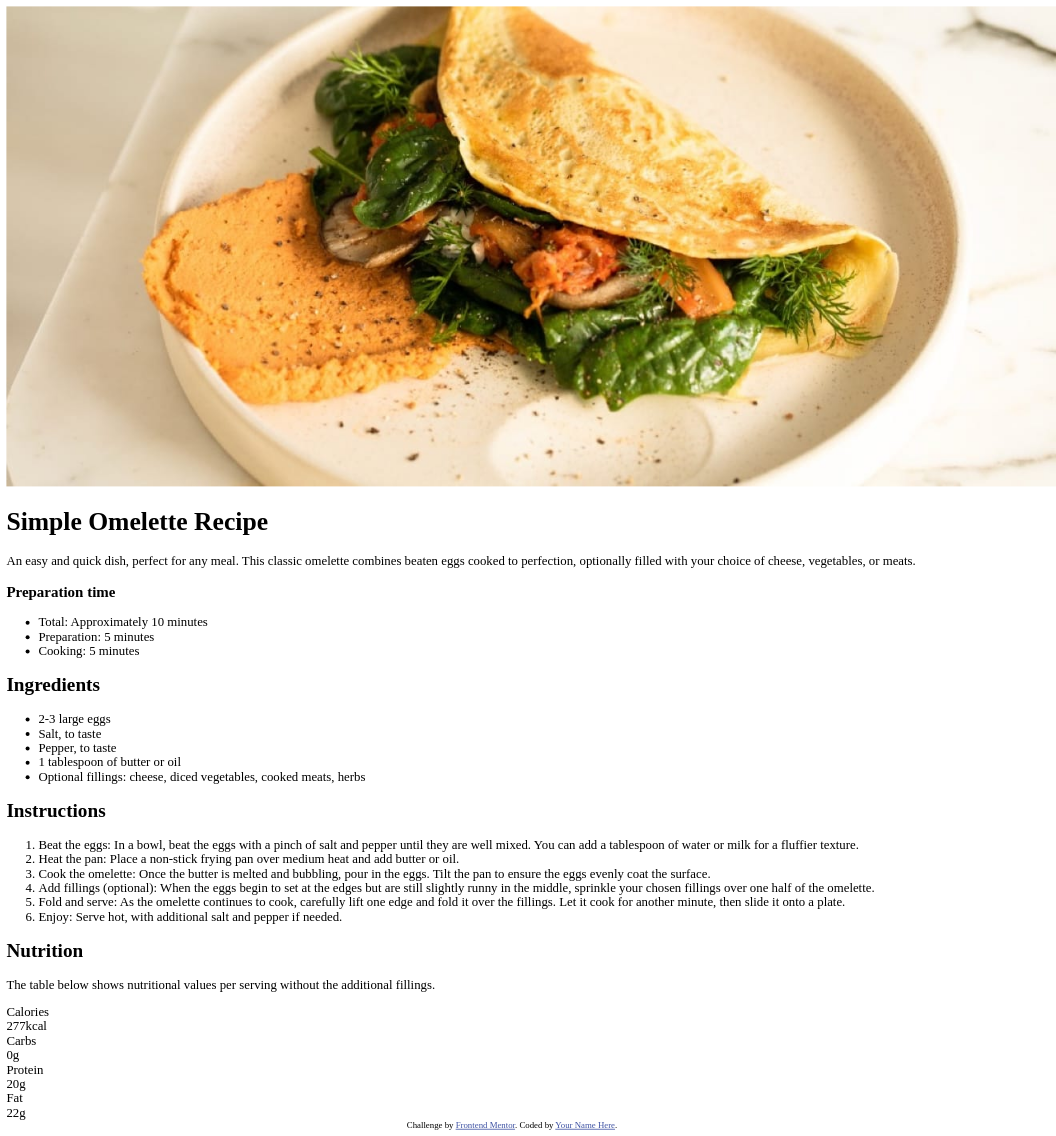
Repository: reemoon-ctrl/mine-recipe-page-main
Page: index.html
The author's editor kept a copy of each file at every save. The page is drawn from the files as they stood at one save, then again after the next save.
The browser window is 1280 px wide. The page is 1320 px wide, then 1280 px, then 1320 px, so the pictures cover 1320 px, including what lies to the right of the window. The pictures show the whole page, at 80% of full size.

Above is the page before, as saved 2024-08-11 12:15:01.

After the next save:
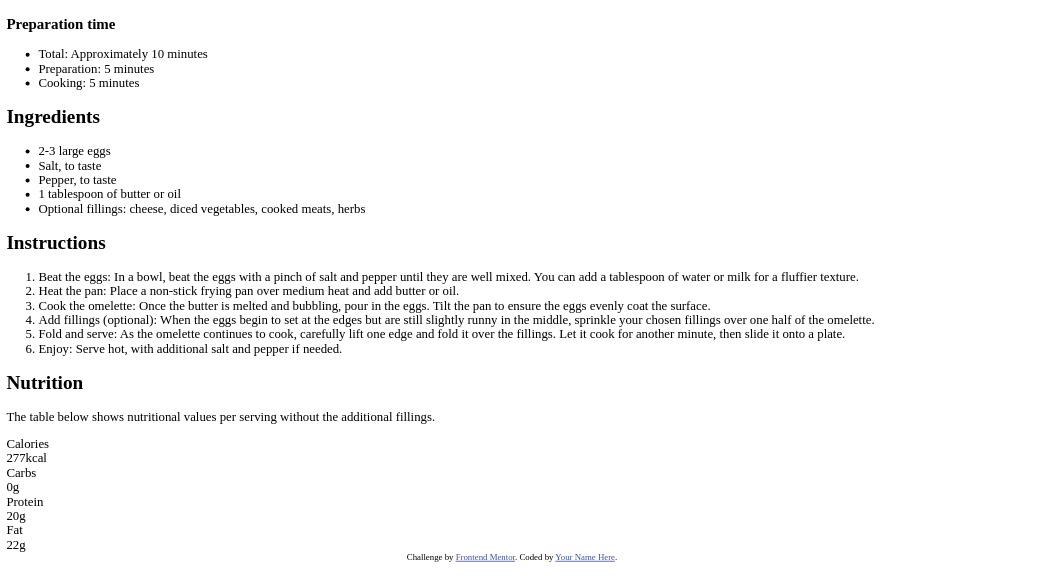
Saved 11 s later.
--- a/index.html
+++ b/index.html
@@ -19,11 +19,7 @@
     <header>
 
     </header>
-    <img src="/image-omelette.jpeg" alt="omelette">
-    <h1>Simple Omelette Recipe</h1>
 
-    <p>An easy and quick dish, perfect for any meal. This classic omelette combines beaten eggs cooked
-      to perfection, optionally filled with your choice of cheese, vegetables, or meats.</p>
 
     <h3>Preparation time</h3>
 

After the save that followed:
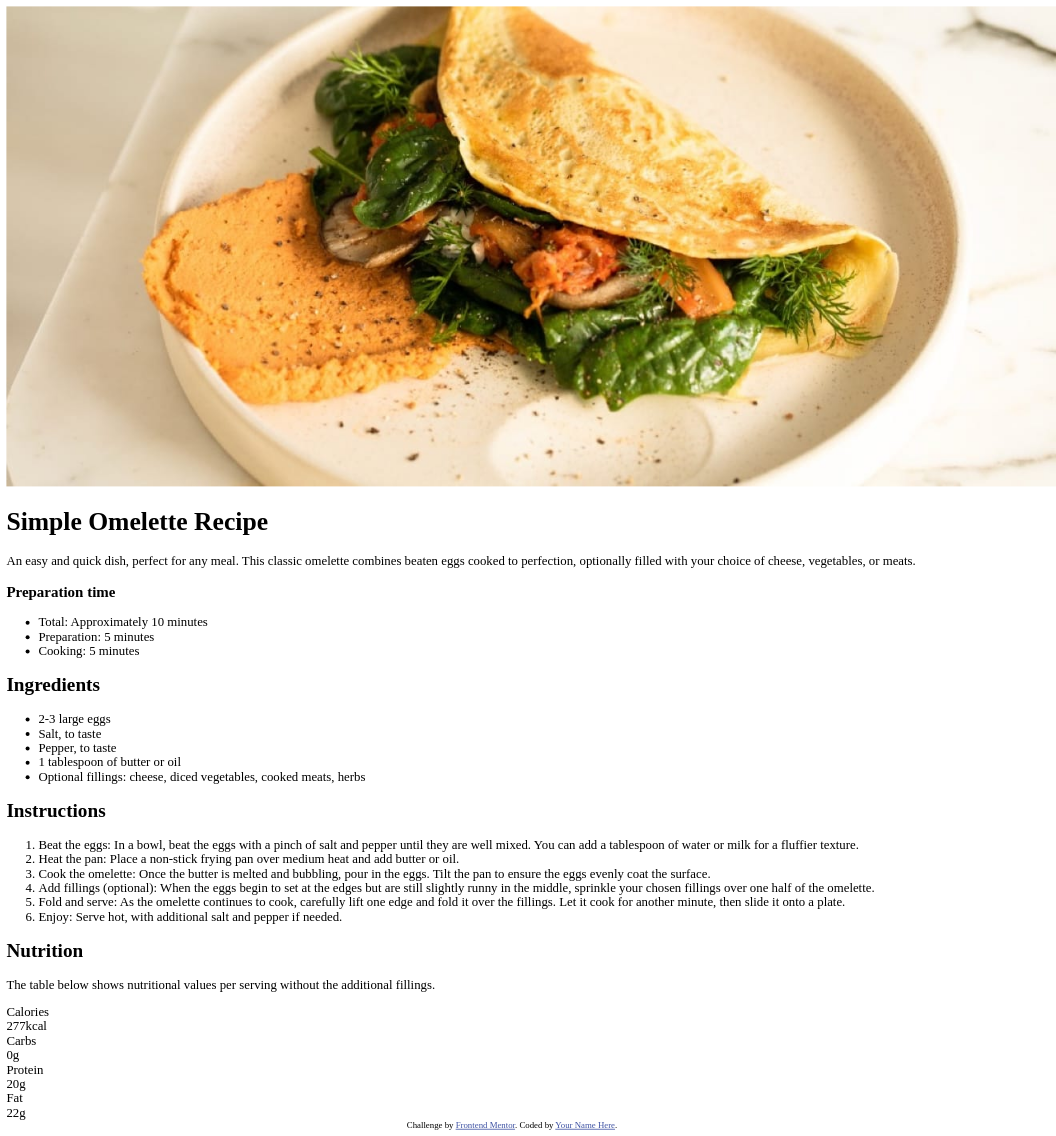
Saved 5 s later.
--- a/index.html
+++ b/index.html
@@ -17,7 +17,11 @@
 <body>
   <div class="container">
     <header>
+      <img src="/image-omelette.jpeg" alt="omelette">
+    <h1>Simple Omelette Recipe</h1>
 
+    <p>An easy and quick dish, perfect for any meal. This classic omelette combines beaten eggs cooked
+      to perfection, optionally filled with your choice of cheese, vegetables, or meats.</p>
     </header>
 
 
